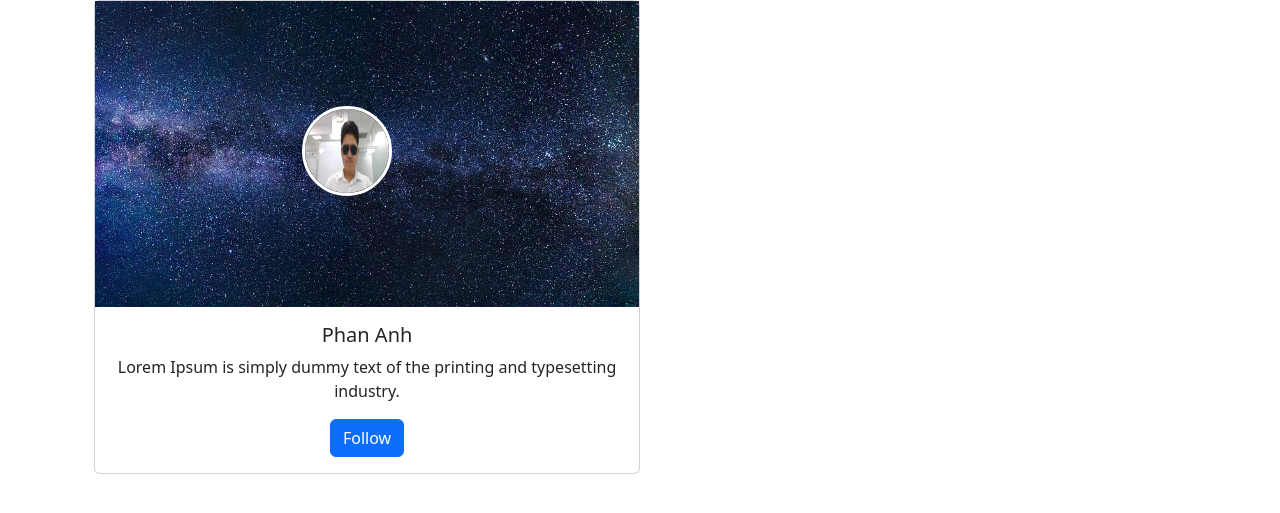
Repository: NPhanA/React2022
Page: / (app in Day 03-React/exercise/)
These files come from the project's save history. The page is drawn as it stood at one moment and after the next save; the edit follows.
The browser window is 1280 px wide. The pictures show the whole page.
The project was rebuilt for these pictures with package versions that can differ from the ones it lists, and the page was loaded fresh each time. Also part of the build but not shown: Day 03-React/exercise/src/App.css, Day 03-React/exercise/src/App.js, Day 03-React/exercise/src/Components/UserAgent.js.

Above is the page before, as saved 2022-07-26 16:40:37.

After the next save:
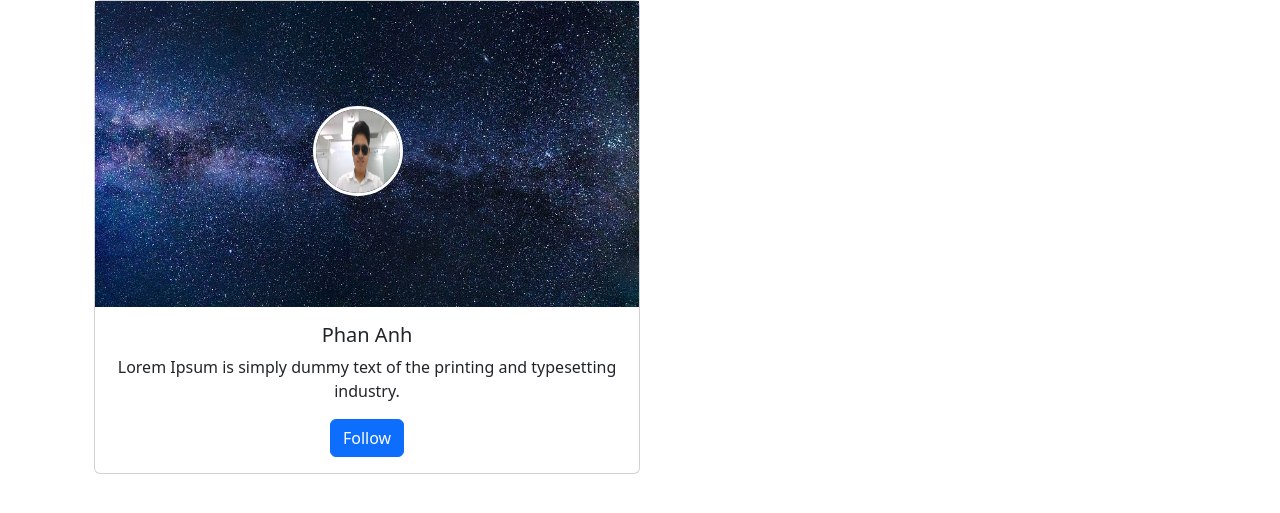
Saved 11 s later.
--- a/Day 03-React/exercise/src/Components/ProfileCard.js
+++ b/Day 03-React/exercise/src/Components/ProfileCard.js
@@ -14,7 +14,7 @@ function ProfileCard() {
                 <div className="profile">
                   <img src={avatar} className="rounded-circle position-absolute" width="80" style={{
         top:"105px",
-        left: "38%",
+        left: "40%",
         height: "90px",
         width: "90px",
         border:"3px solid #fff",
